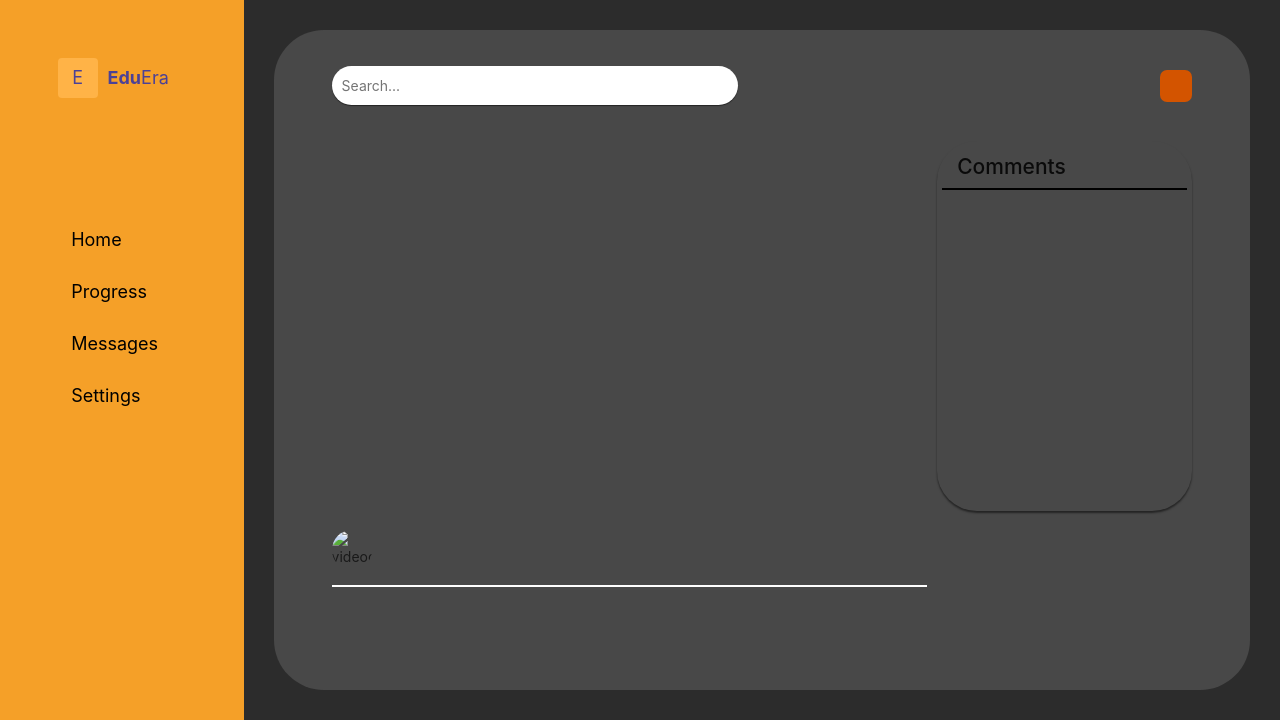
Repository: huynhnt1406/coursestorage
Page: /videodetail/1 (app in coursestorage/)
An editor plug-in stored every save of this project. The page is shown before and after the next save, followed by the edit.
The browser window is 1280 px wide. The pictures show the whole page.
The page's requests for data from a server got no answer. The project was rebuilt for these pictures with package versions that can differ from the ones it lists, and the page was loaded fresh each time. No one was signed in, and anything a server would have sent is missing. Also part of the build but not shown: coursestorage/src/components/ListItems.vue, coursestorage/src/components/VideoList.vue, coursestorage/src/smallcomponents/Messages.vue, coursestorage/src/smallcomponents/Progress.vue, coursestorage/src/smallcomponents/Settings.vue.

Above is the page before, as saved 2021-05-02 01:23:22.

### coursestorage/src/main.js
import Vue from 'vue'
import App from './App.vue'
import 'ant-design-vue/dist/antd.css'
import Antd from 'ant-design-vue';
import router from './router/index';
import store from './stores/index'
Vue.config.productionTip = false
Vue.use(Antd);
new Vue({
  router,
  store,
  render: h => h(App),
}).$mount('#app')

### coursestorage/src/App.vue
<template>
  <div class="container">
    <div class="sidebar">
      <Sidebar/>
    </div>
    <div class="main">
      <SearchBar/>
      <router-view/>
    </div>
  </div>
</template>

<script>
import Sidebar from './components/Sidebar'
import SearchBar from './components/SearchBar'
export default {
  components:{
    Sidebar,
    SearchBar,
  }
}
</script>

<style>
*{
  margin:0
}
.container{
  background-color:#2C2C2C;
  min-height: 100vh;
  display: flex;
}
.main{
  flex:0.8;
  background-color:#484848;
  margin:30px;
  border-radius: 50px;
}
</style>

### coursestorage/src/router/index.js
import Vue from 'vue'
import VueRouter from 'vue-router'
import VideoList from '../components/VideoList'
import Messages from '../smallcomponents/Messages'
import Progress from '../smallcomponents/Progress'
import Settings from '../smallcomponents/Settings'
import VideoDetail from '../smallcomponents/VideoDetail'
Vue.use(VueRouter)
const routes = [
    {
        path:'/',
        name:'VideoList',
        component:VideoList
    },
    {
        path:'/progress',
        name:'Progress',
        component:Progress
    },
    {
        path:'/messages',
        name:'Messages',
        component:Messages
    },
    {
        path:'/settings',
        name:'Settings',
        component:Settings
    },
    {
        path:'/videodetail/:id',
        name:'VideoDetail',
        component:VideoDetail,
        props:true
    }
]
export default new VueRouter({
    routes,
    mode:'history'
})

### coursestorage/src/stores/index.js
import Vue from 'vue'
import Vuex from 'vuex'
import videolists from './modules/videolists'
Vue.use(Vuex)

export default new Vuex.Store({
    modules:{
        videolists
    }
})

### coursestorage/src/components/Sidebar.vue
<template>
  <div class="sidebar">
      <div class="sidebar-header">
          <a-avatar shape="square" size="large" style="backgroundColor:#FFB347 ; marginRight:10px">E</a-avatar>
          <span><strong>Edu</strong>Era</span>
      </div>
      <div class="sidebar-links">
          <div class="link">
              <a-icon style="color:#a29bfe " type="appstore"/>
              <router-link class="sidebar-link" to="/"><span>Home</span></router-link>
          </div>
           <div class="link">
               <a-icon style="color:#a29bfe " type="bar-chart" />
               <router-link class="sidebar-link" to="/progress"><span>Progress</span></router-link>
          </div>
           <div class="link">
                <a-icon style="color:#a29bfe " type="message" />
                <router-link class="sidebar-link" to="/messages">

                <span>Messages</span></router-link>
          </div>
           <div class="link">
                <a-icon style="color:#a29bfe ; opacity:0.7" type="setting" />
                <router-link class="sidebar-link" to="/settings"><span>Settings</span></router-link>
          </div>
      </div>
  </div>
</template>

<script>
export default {

}
</script>

<style>
.sidebar{
    flex:0.2;
    background-color:#F5A028;
}
.sidebar-header{
    display: flex;
    align-items: center;
    padding:8vh 0 8vh 8vh
}
.sidebar-header span{
    color:#4b4196;
    font-size: large;
}
.sidebar-links{
    padding:8.5vh;
}
.link{
    display: flex;
    margin-bottom:5px;
    align-items: center;
    padding:10px 0 10px 0;
    color:BLACK;
}
.sidebar-link{
    color:BLACK;
    font-size: 18px;
}
.sidebar-link:focus{
    color:#d35400;
}
.link span{
    margin-left:10px;
}
.link:hover{
    color:#d35400;
    cursor: pointer;
}
</style>

### coursestorage/src/components/SearchBar.vue
<template>
  <div class="searchbar">
    <div class="search-tool">
        <a-icon type="search"  />
        <input type="text" placeholder="Search..." >
    </div>
    <div class="icons">
        <a-avatar shape="square" icon="user" type="user" style="color:black ;backgroundColor:transparent; border-radius:7px "  />
        <a-avatar shape="square" style="backgroundColor:#d35400 ;border-radius:7px " icon="fire" />
    </div>
  </div>
</template>

<script>
export default {

}
</script>

<style>
.searchbar{
    padding:5vh 8vh 5vh 8vh;
    display: flex;
    justify-content: space-between;
    align-items: center;
    flex:1;
}
.search-tool {
    background-color: white;
    box-shadow: 0 1px 1px rgba(0,0,0,.5);
    padding:8px;
    flex:0.5;
    border-radius: 20px;
}
.search-tool input{
    width: 50%;
    background-color: transparent;
    border:none;
    outline:none;
}
</style>

### coursestorage/src/smallcomponents/VideoDetail.vue
<template>
    <div class="video-detail">
        <div class="video-actions">
            <div class="video-left">
                <iframe height="370px" width="100%" :src="videodata.videoLink" frameborder="0"></iframe>
                <div class="video-stats">
                    <div class="stats-left">
                        <img :src="videodata.avatarUrl" alt="videodata.name">
                        <span>{{videodata.channelName}}</span>
                    </div>
                    <div class="stats-rights">
                        <div class="button">
                            <a-icon style="margin-right:5px ; color:white; font-weight:bold" type="like" />
                            <span>{{videodata.numLike}}</span>
                        </div>
                        <div class="button">
                            <a-icon style="margin-right:5px ; color:white; font-weight:bold" type="dislike" />
                            <span>{{videodata.numDislike}}</span>
                        </div>
                        <div style="margin-right:5px ; color:white; font-weight:bold" class="button">
                            <a-icon type="share-alt" />
                        </div>
                    </div>
                </div>
            </div>
            <div class="video-right">
                <h2>Comments</h2>
            </div>
        </div>
        <div class="video-subtitle">
            <h3>{{videodata.name}}</h3>
        </div>
    </div>
</template>

<script>
import axios from 'axios'
export default {
    props:{
        id:Number
    },
    data(){
        return{
            videodata:{
                id:'',
                name:'',
                numLike:'',
                numDislike:'',
                avatarUrl:'',
                videoLink:'',
                channelName:''
            }
        }
    },
    created(){
        axios.get(`http://localhost:3000/videolists/${this.id}`)
            .then(res => this.videodata = res.data)
    }
}
</script>

<style>
.video-actions{
    display: flex;
}
.video-left{
    flex:0.7;
}
.video-detail{
    margin-left: 8vh;
    margin-right: 8vh;
}
.stats-left img{
    height: 40px;
    width: 40px;
    border-radius: 50%;
}
.stats-left{
    display: flex;
    align-items: center;
}
.stats-rights{
    display: flex;
    align-items: center;
}
.video-stats{
    display: flex;
    justify-content: space-between;
    align-items: center;
    padding-top:2vh;
    padding-bottom: 2vh;
    border-bottom: 2px solid white;
}
.button{
    margin-left:3vh;
}
.video-left iframe {
    border-radius: 40px;
}
.stats-left span{
    font-weight: 700;
    color:white;
    font-size: 16px;
    margin-left:10px;
}
.button span{
    font-weight: 500;
    color:white;
    font-size: 15px;

}
.video-subtitle h3{
    margin-top: 2vh;
    color:white;
}
.video-right{
    height: 370px;
    flex:0.3;
    margin-left:10px;
    border-radius: 40px;
    box-shadow: 0 2px 2px rgba(0,0,0,.5);
}
.video-right h2{
    padding:5px 15px 5px 15px;
    border-bottom: 2px solid black;
    margin:5px;
}
</style>

### coursestorage/src/stores/modules/videolists.js
const state = {
    videolists:[
        {
            id:1,
            name:"Laravel 8 REST API With Sanctum Authentication",
            minutes:'54:14',
            avatarUrl:'https://yt3.ggpht.com/ytc/AAUvwng963DN2_MIbKuvMWRrN4KG920h3Y4YHg6KET9vZg=s176-c-k-c0x00ffffff-no-rj',
            thumnailUrl:'https://i.ytimg.com/vi/MT-GJQIY3EU/maxresdefault.jpg',
            channelName:'Traversy Media',
        },
        {
            id:2,
            name:"Node.js and Express.js - Full Course",
            minutes:'8:16:47',
            avatarUrl:'https://yt3.ggpht.com/ytc/AAUvwnifaQZvAunS0OFb2y_cieoVjLCVjqQW8Exf3BC1gg=s176-c-k-c0x00ffffff-no-rj',
            thumnailUrl:'https://i.ytimg.com/vi/Oe421EPjeBE/maxresdefault.jpg',
            channelName:'freeCodeCamp.org',
        },
        {
            id:3,
            name:"React JS - React Tutorial for Beginners",
            minutes:'2:25:26',
            avatarUrl:'https://yt3.ggpht.com/ytc/AAUvwnj82Lirw0dg6V5pJWAcWdG22OESyldUcDwAFEqQWg=s176-c-k-c0x00ffffff-no-rj',
            thumnailUrl:'https://i.ytimg.com/vi/Ke90Tje7VS0/maxresdefault.jpg',
            channelName:'Programming with Mosh',
        },
        {
            id:4,
            name:"Vuex Crash Course | State Management",
            minutes:'1:01:18',
            avatarUrl:'https://yt3.ggpht.com/ytc/AAUvwng963DN2_MIbKuvMWRrN4KG920h3Y4YHg6KET9vZg=s176-c-k-c0x00ffffff-no-rj',
            thumnailUrl:'https://i.ytimg.com/vi/5lVQgZzLMHc/maxresdefault.jpg',
            channelName:'Travesy Media',
        }
    ]
}
const getters = {
    allVideos: (state) => state.videolists
}
const actions = {}
const mutations = {}
export default {
    state, getters,actions,mutations
}

Loaded but not shown: coursestorage/public/index.html (common file)

After the next save:
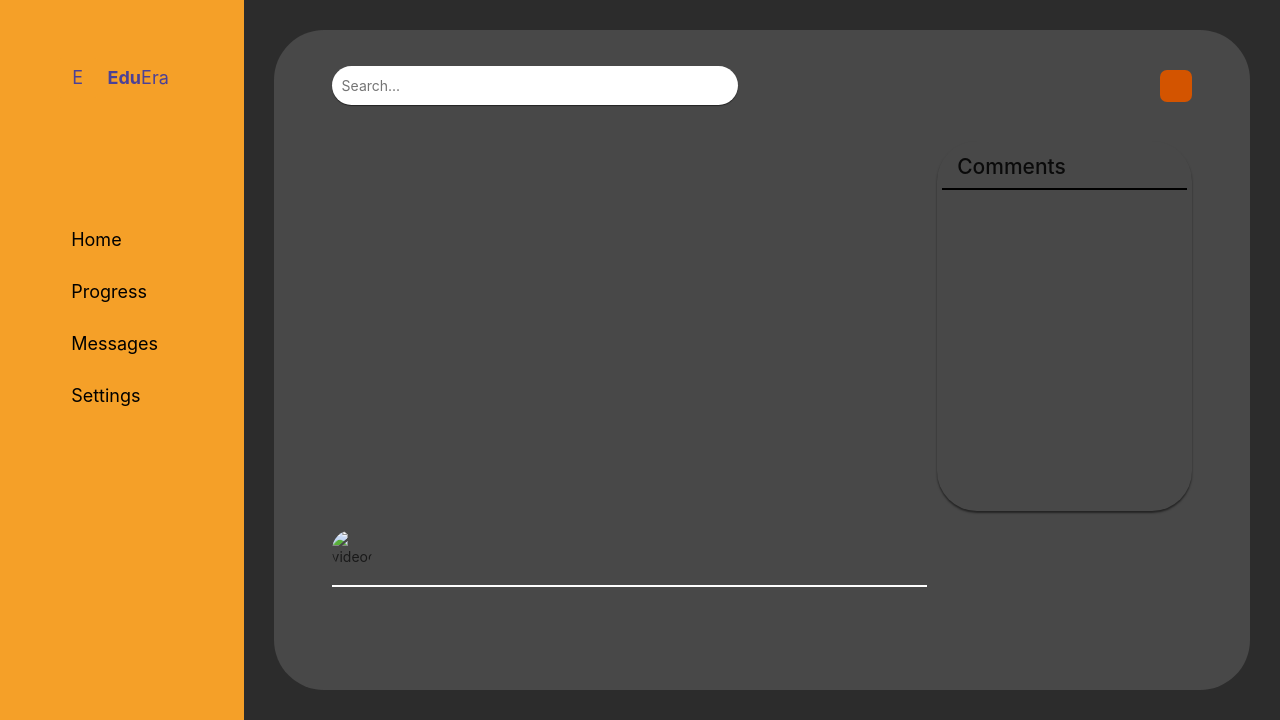
Saved 23 s later.
--- a/coursestorage/src/components/Sidebar.vue
+++ b/coursestorage/src/components/Sidebar.vue
@@ -1,7 +1,7 @@
 <template>
   <div class="sidebar">
       <div class="sidebar-header">
-          <a-avatar shape="square" size="large" style="backgroundColor:#FFB347 ; marginRight:10px">E</a-avatar>
+          <a-avatar shape="square" size="large" style="backgroundColor:#F5A028 ; marginRight:10px">E</a-avatar>
           <span><strong>Edu</strong>Era</span>
       </div>
       <div class="sidebar-links">
